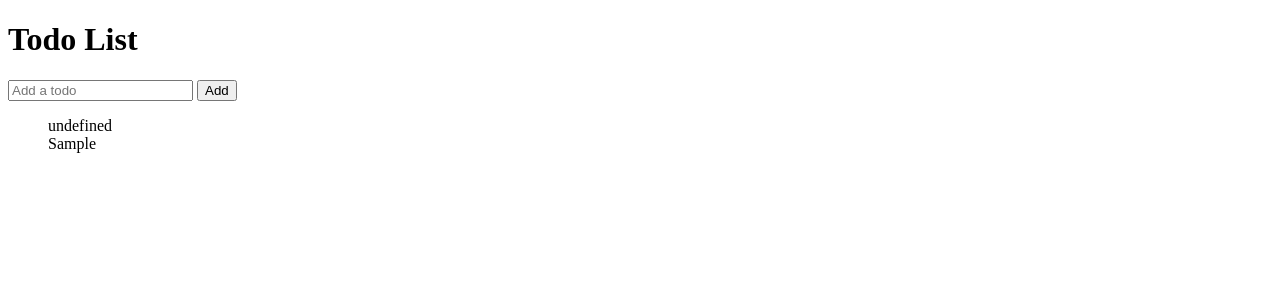
Repository: ble-syn/Todo-list
Page: index.html
These files come from the project's save history. The page is drawn as it stood at one moment and after the next save; the edit follows.
The browser window is 1280 px wide. The pictures show the whole page.
Empty fields were first filled with sample values (such as "Sample", 5 or name@example.com).
After loading, the first visible `button` was clicked once.

Above is the page before, as saved 2022-10-20 12:41:27.

After the next save:
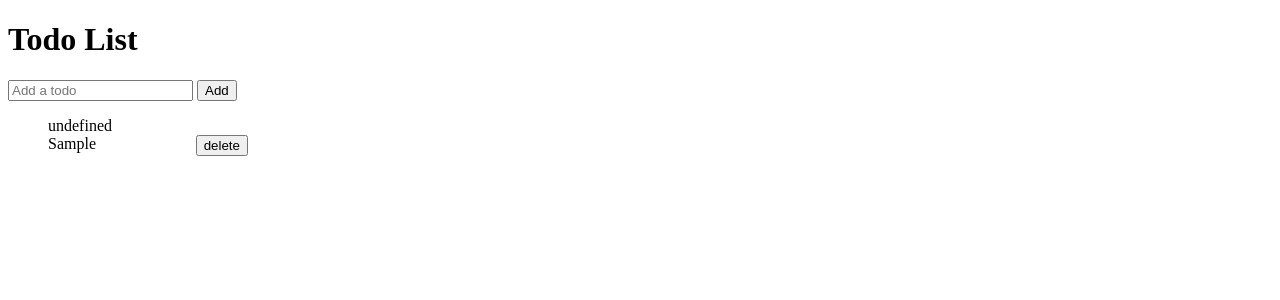
Saved 4 h 5 min later.
--- a/app.js
+++ b/app.js
@@ -8,10 +8,11 @@ function render() {
   let items;
   const getLocalStorage = JSON.parse(localStorage.getItem("todos"));
 
-  getLocalStorage.forEach((element) => {
+  getLocalStorage.forEach((element, index) => {
     items += `
             <li style="display: flex; justify-content: space-between; width: 200px;">
                 <span>${element}</span>
+                <button id="${index}" onclick="delFunc(${index})">delete</button>
 
             </li>
         `;
